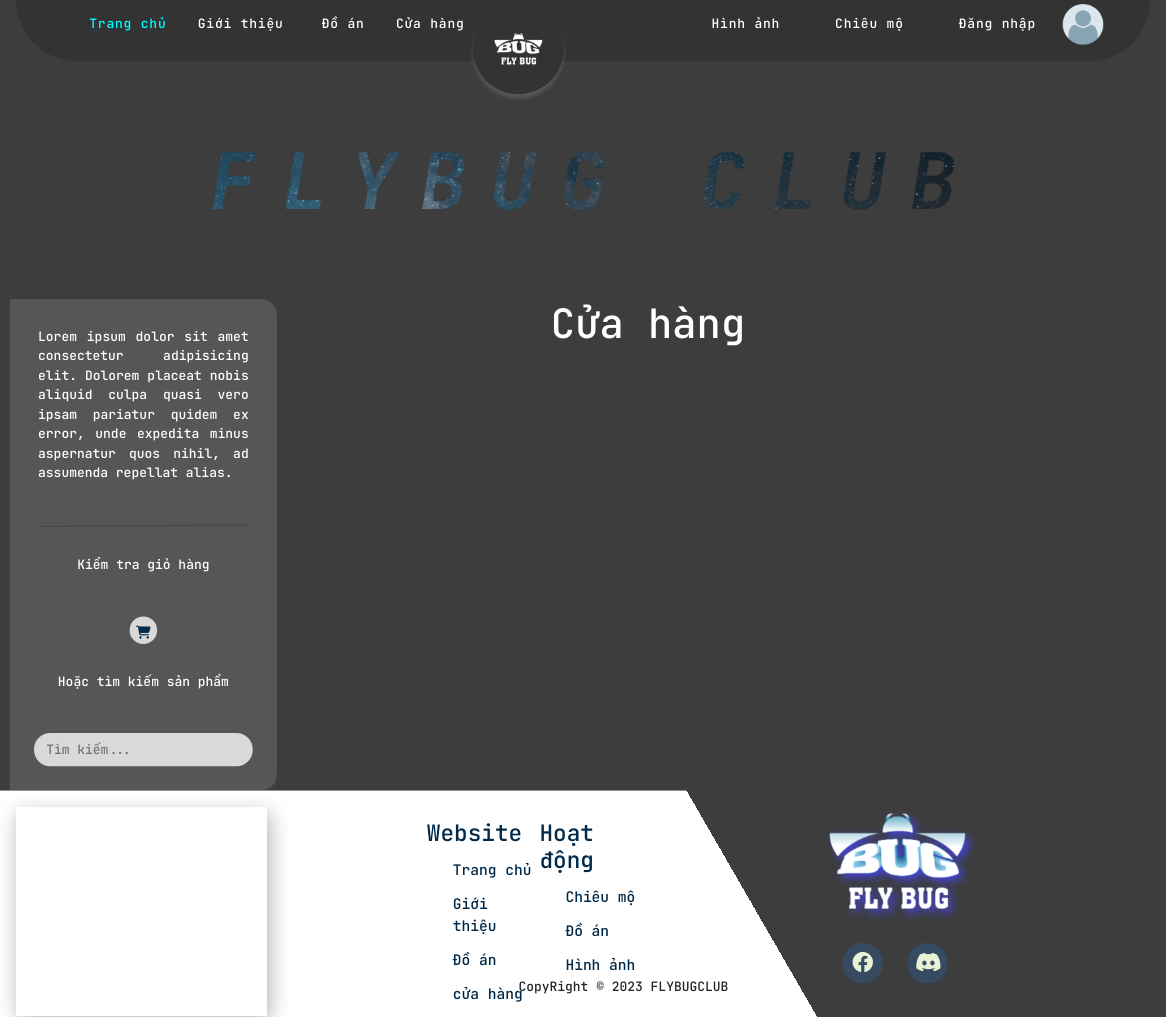
Repository: NQD2308/FlyBugClub_WebApp
Page: PROJECT FLYNUG/html/store.html
These files come from the project's save history. The page is drawn as it stood at one moment and after the next save; the edit follows.
The browser window is 1280 px wide. The page is 1440 px wide, so the pictures cover 1440 px, including what lies to the right of the window. The pictures show the whole page, at 81% of full size.
Pictures or frames that could not be fetched are drawn as grey boxes.

Above is the page before, as saved 2023-09-18 10:19:54.

After the next save:
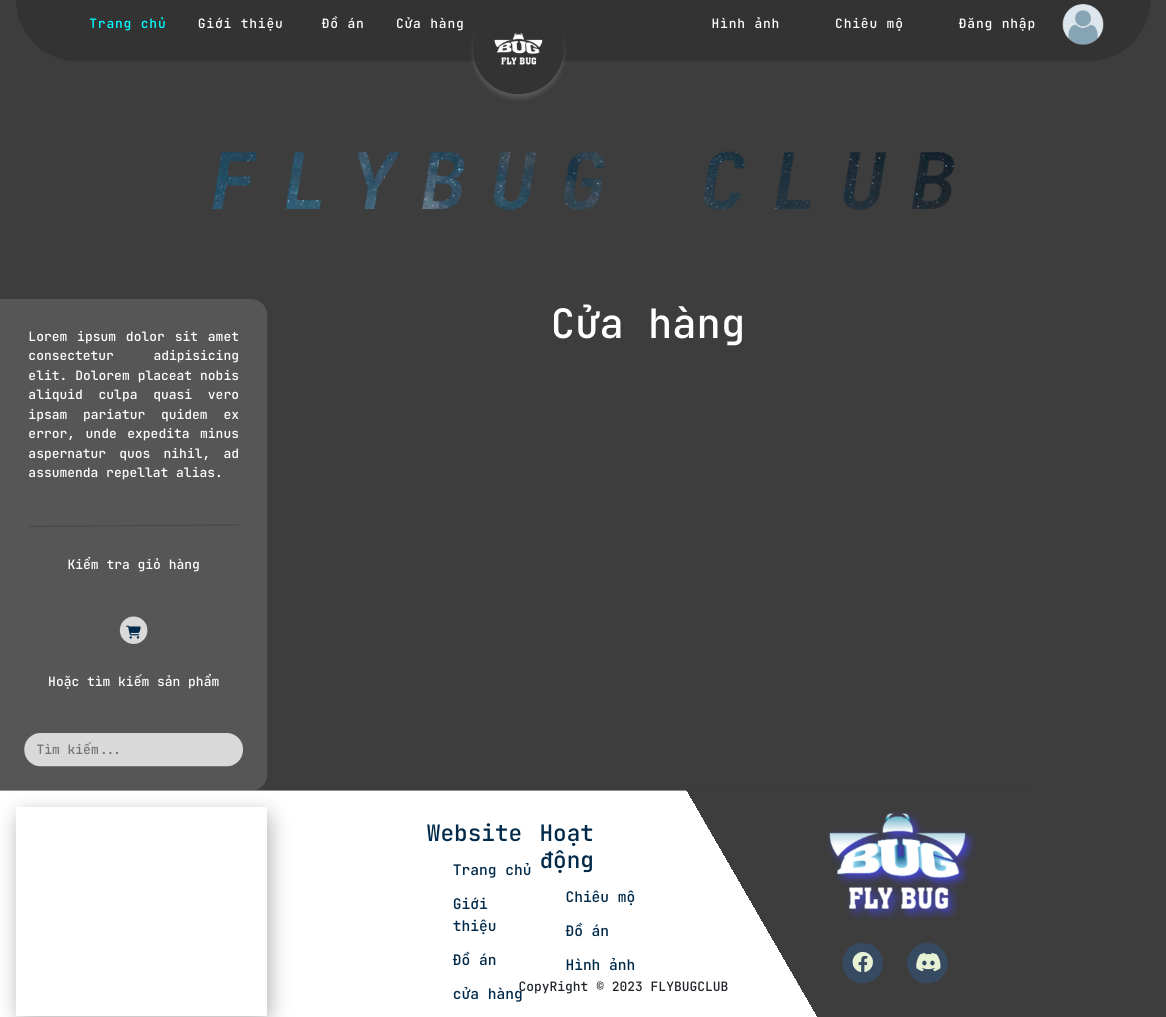
Saved 2 min 23 s later.
--- a/PROJECT FLYNUG/css/style.css
+++ b/PROJECT FLYNUG/css/style.css
@@ -125,11 +125,11 @@
 
 /*  @############ LEFT ############@ */
 
-section.body .left{
-    /* margin-left: -72px; */
-}
 section.body .container{
     max-width: 1440px;
+}
+section.body .left{
+    padding-left: 0;
 }
 
 section.body .search{
